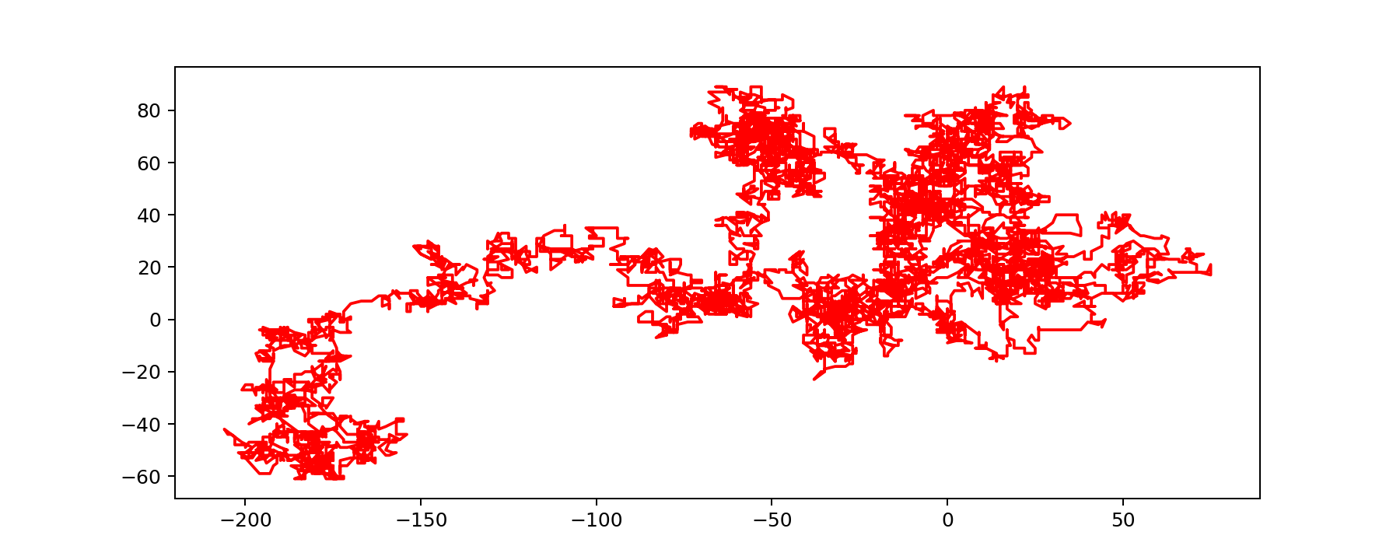
Repository: Nordenbox/Nordenbox_Python_Fundmental
Script's output: python steps_map/rw_visual.py
The author's editor kept a copy of each file at every save. The script's output is drawn from the files as they stood at one save, then again after the next save.
Figures wider than 1,400 px are first shrunk to that width. Random numbers start from a fixed seed.

Above is the script's output before, as saved 2020-03-18 23:45:30.

### steps_map/rw_visual.py
import matplotlib.pyplot as plt
import numpy as np

from random_walk import *

rw = RandomWalk(9000)
rw.walk_random()
plt.figure(dpi=180, figsize=(10, 4))
plt.plot(rw.x_values, rw.y_values, c='red')
plt.show()

### steps_map/random_walk.py
from random import choice


class RandomWalk:
    """a class create random walking"""

    def __init__(self, footsteps):
        self.footsteps = footsteps
        self.x_values = [0]
        self.y_values = [0]

    def walk_random(self):
        x_next = y_next = 0
        while len(self.x_values) < self.footsteps:
            x_direction = choice([1, 0, -1])
            y_direction = choice([1, 0, -1])

            x_gap = choice([0, 1, 2, 3])
            y_gap = choice([0, 1, 2, 3])

            x_next = x_next + (x_direction * x_gap)
            y_next = y_next + (y_direction * y_gap)

            self.x_values.append(x_next)
            self.y_values.append(y_next)

After the next save:
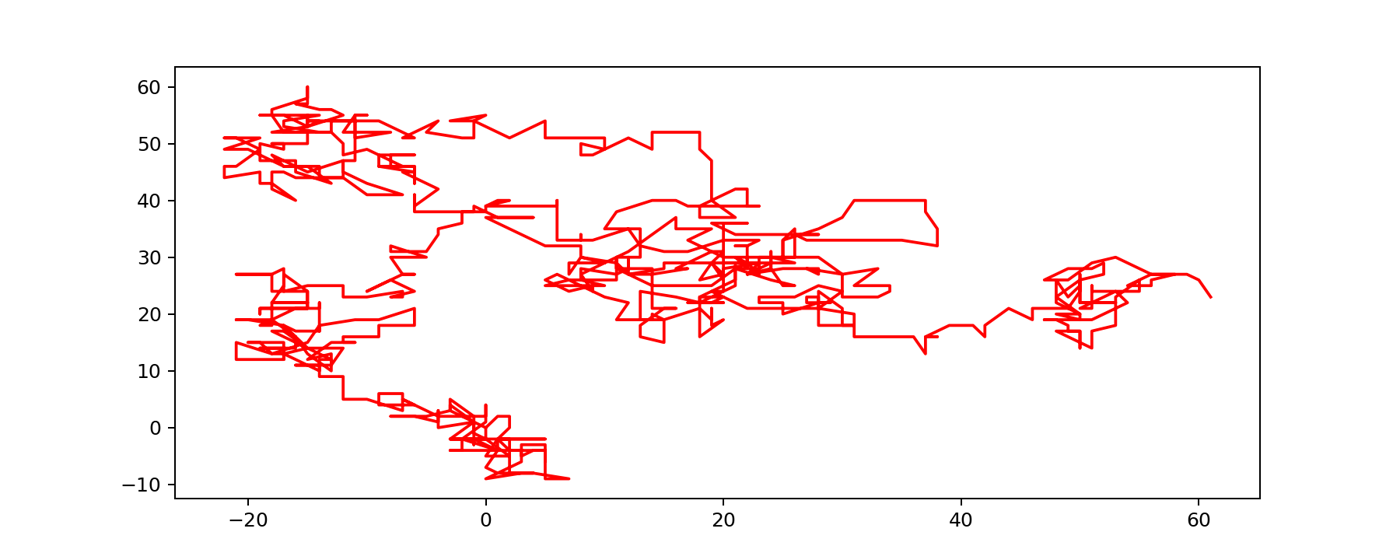
Saved 19 h 1 min later.
--- a/steps_map/rw_visual.py
+++ b/steps_map/rw_visual.py
@@ -3,7 +3,7 @@ import numpy as np
 
 from random_walk import *
 
-rw = RandomWalk(9000)
+rw = RandomWalk(900)
 rw.walk_random()
 plt.figure(dpi=180, figsize=(10, 4))
 plt.plot(rw.x_values, rw.y_values, c='red')
